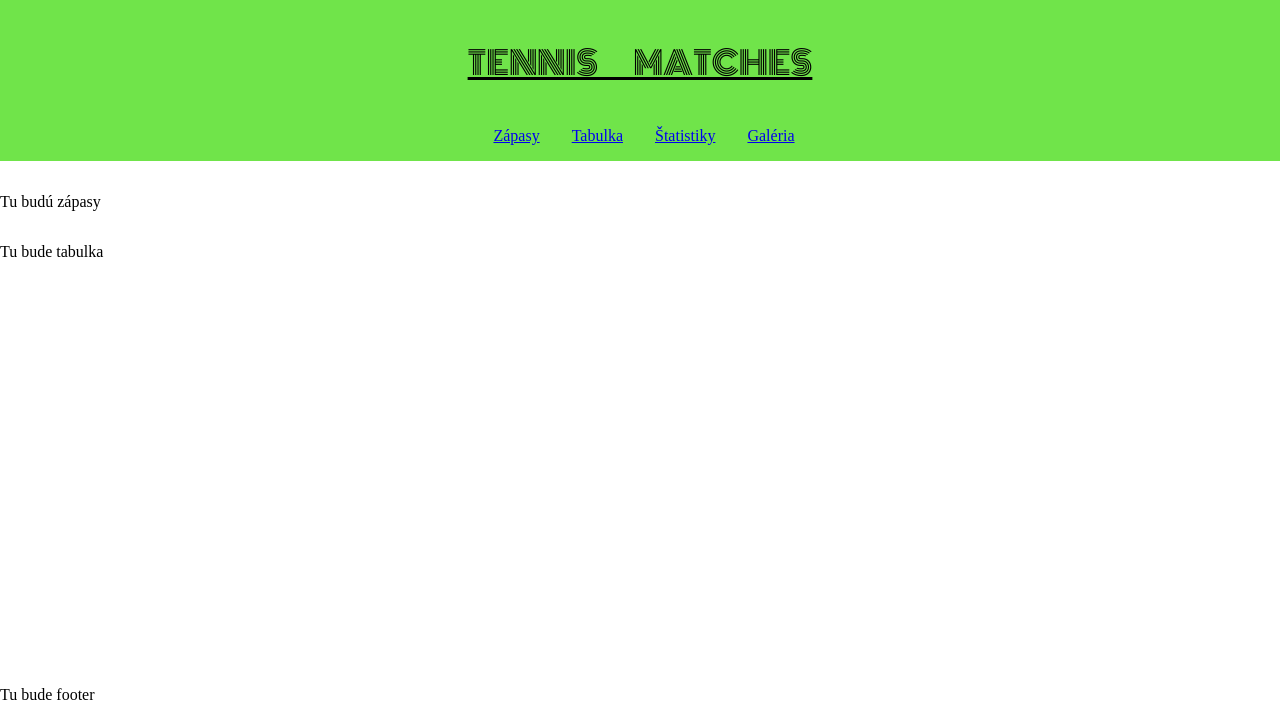
Repository: Badynko/tenis-app
Page: /
These files come from the project's save history. The page is drawn as it stood at one moment and after the next save; the edit follows.
The browser window is 1280 px wide. The pictures show the whole page.
The project was rebuilt for these pictures with package versions that can differ from the ones it lists, and the page was loaded fresh each time.

Above is the page before, as saved 2024-07-10 15:38:32.

After the next save:
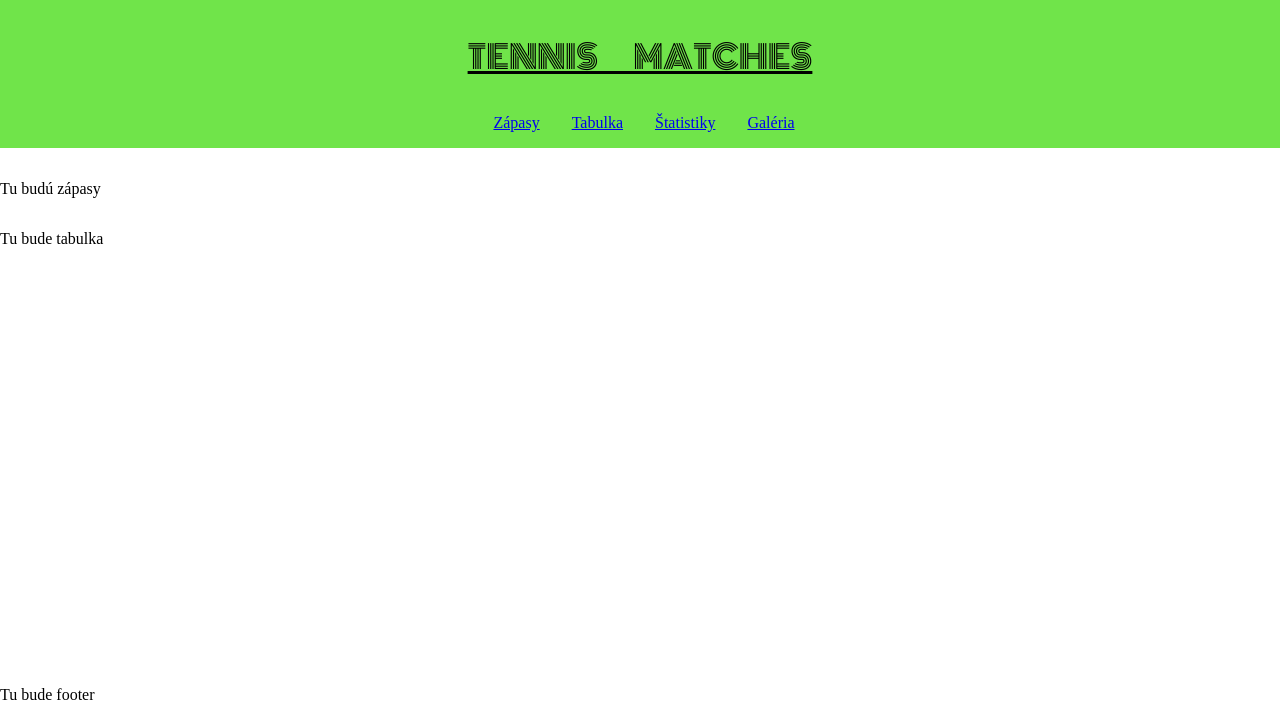
Saved 25 s later.
--- a/src/index.css
+++ b/src/index.css
@@ -29,7 +29,7 @@ h1 {
   font-size: 2rem;
   text-transform: uppercase;
   font-weight: 400;
-  padding: 2.4rem 0;
+  padding: 2rem 0;
 }
 
 .menu {
